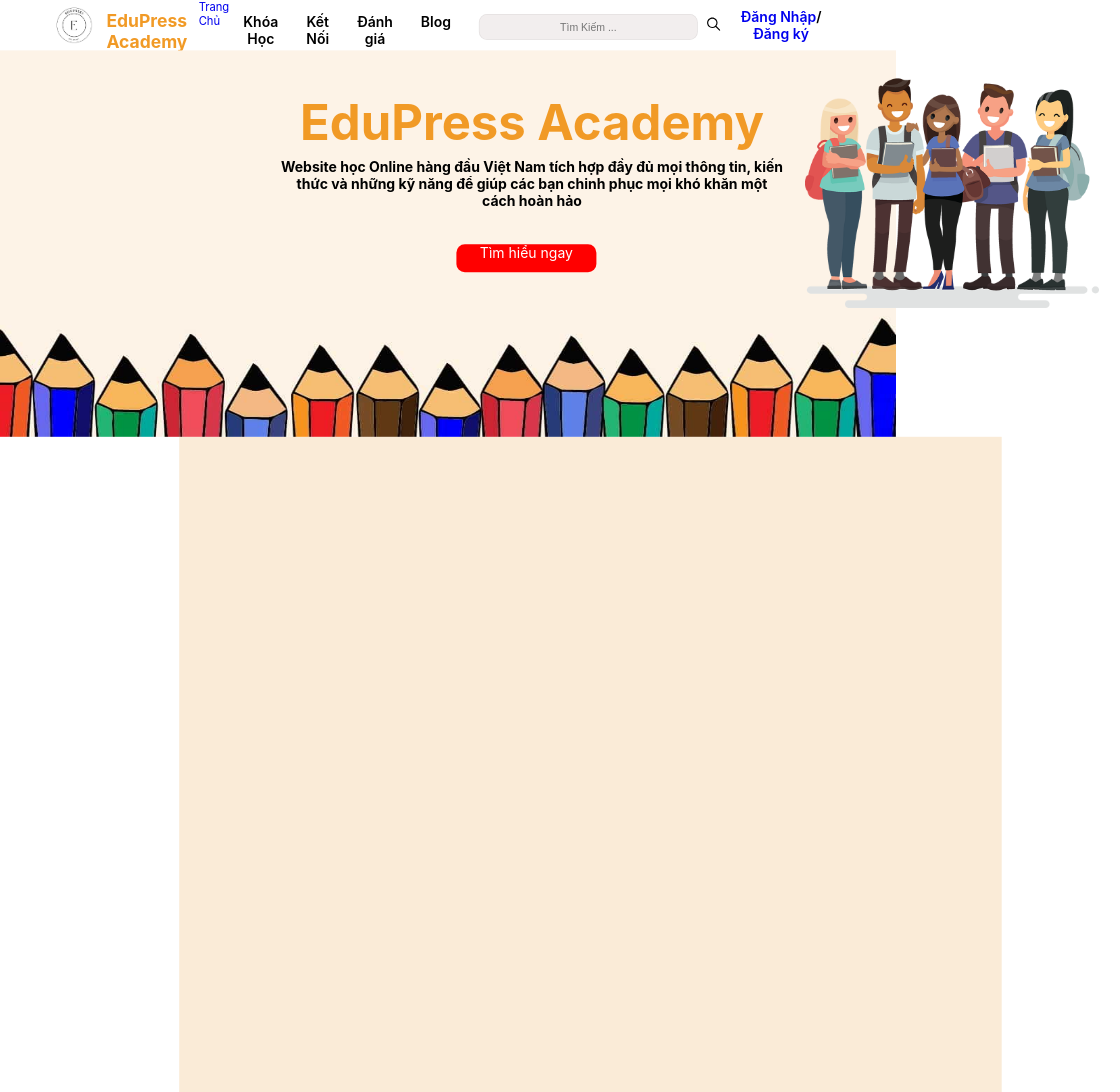
Repository: hieu1802/WebsiteEdupress
Page: /CouresPage (app in my-app/)
These files come from the project's save history. The page is drawn as it stood at one moment and after the next save; the edit follows.
The browser window is 1280 px wide. The page is 1600 px wide, so the pictures cover 1600 px, including what lies to the right of the window. The pictures show the part of the page from y = 0 to 1560 px (the page is 2404 px tall), at 70% of full size.
The project was rebuilt for these pictures with package versions that can differ from the ones it lists, and the page was loaded fresh each time. Also part of the build but not shown: my-app/src/App.css, my-app/src/Components/data/FeaturedCoursesDaa.jsx, my-app/src/Components/data/topCategories.jsx, my-app/src/Components/HomePage/ContainerPage.jsx, my-app/src/Components/HomePage/HomePage.jsx, my-app/src/Components/Login/Login.css, my-app/src/Components/Modal/Modal.css, my-app/src/Components/Modal/Modal.jsx and 5 more.

Above is the page before, as saved 2024-08-15 17:45:46.

### my-app/src/App.jsx
import logo from "./logo.svg";
import "./App.css";
import HomePage from "./Components/HomePage/HomePage.jsx";
import { BrowserRouter as Router, Routes, Route } from "react-router-dom";
import Login from "./Components/Login/Login";
import Register from "./Components/Register/Register";
import LostPass from "./Components/LostPass/LostPass";
import CouresPage from "./Components/CouresPage/CouresPage.jsx";

function App() {
  return (
    <>
      <Router>
        <Routes>
          <Route path="/" element={<HomePage />} />
          <Route path="/login" element={<Login />} />
          <Route path="/register" element={<Register />} />
          <Route path="/lostPass" element={<LostPass />} />
          <Route path="/CouresPage" element={<CouresPage />} />
        </Routes>
      </Router>
    </>
  );
}

export default App;

### my-app/src/Components/CouresPage/CouresPage.jsx
import React from 'react'
import Header from '../HomePage/Header'
import Footer from '../HomePage/Footer'
import Container from './Container'

function CouresPage() {
  return (
   <>
      <Header/>
      <Container/>
      <Footer/>
   </>


  )
}

export default CouresPage

### my-app/src/Components/HomePage/Header.jsx
import React from "react";
import img01 from "../img/EduPress.png";
import img02 from "../img/img02.jpg";
import img03 from "../img/img03.png";
import "./HomePage.css";
import { IoIosSearch } from "react-icons/io";
import { Link, useNavigate } from "react-router-dom";
import { useState, useEffect } from "react";

function Header() {
  const [loggedInUser, setLoggedInUser] = useState(null);
  const navigate = useNavigate();

  useEffect(() => {
    const storedUser = localStorage.getItem("loggedInUser");
    if (storedUser) {
      const user = JSON.parse(storedUser);
      setLoggedInUser(user.username);
    }
  }, []);

  const handleLogout = () => {
    localStorage.removeItem("username");
    localStorage.removeItem("loggedInUser");
    setLoggedInUser(null);
    navigate("/");
  };

  return (
    <>
      <div className="Header">
        <div className="logoHeader">
          <img src={img01} />
          <h3>EduPress Academy</h3>
        </div>
        <ul>
          <Link to="/" className="liLink"><li>Trang Chủ</li></Link>
          <li>Khóa Học</li>
          <li>Kết Nối</li>
          <li>Đánh giá</li>
          <li>Blog</li>
          <div className="ulInput">
            <input placeholder="Tìm Kiếm ..." />
            <div className="btnHeader">
              <IoIosSearch className="btnIcon" />
            </div>
          </div>
        </ul>
        <div className="loginHeader">
          {loggedInUser ? (
            <div>
              <span>Hello {loggedInUser}</span>
              <button
                className="btnLogOut"
                onClick={handleLogout}
                style={{
                  marginLeft: "10px",
                  border: "1px solid transparent",
                  fontSize: "16px",
                  fontWeight: "600",
                  backgroundColor: "transparent",
                  cursor: "pointer",
                }}
              >
                Logout
              </button>
            </div>
          ) : (
            <div>
              <Link to="/login">
                <span>Đăng Nhập</span>
              </Link>
              /
              <Link to="/register">
                <span>Đăng ký</span>
              </Link>
            </div>
          )}
        </div>
      </div>
      <div className="posterHeader">
        <img src={img02} />
        <div className="posterContent">
          <div className="posterSologun">
            <h1>EduPress Academy</h1>
            <h2>
              Website học Online hàng đầu Việt Nam tích hợp đầy đủ mọi thông
              tin, kiến thức và những kỹ năng để giúp các bạn chinh phục mọi khó
              khăn một cách hoàn hảo
            </h2>
            <div className="btnPoster">Tìm hiểu ngay </div>
          </div>
          <div className="posterAvatar">
            <img src={img03} />
          </div>
        </div>
      </div>
    </>
  );
}

export default Header;

### my-app/src/Components/HomePage/Footer.jsx
import React from 'react'
import { AiFillStar,AiFillCaretRight } from "react-icons/ai";

function Footer() {
  return (
    <div className='footerPage'>
        <div className='footerContaier'>
            <div className='footerEdupress'>
                <h2>Edupress Academy</h2>
                <p>Lorem ipsum dolor sit amet, consectetur adipiscing elit, sed do eiusmod tempor incididunt ut labore et dolore magna aliqua.</p>
            </div>
            <div className='footerHelp'>
                <h2>GET HELP</h2>
                <a href='#'><AiFillCaretRight  style={{color:'FF782D', marginRight:'10px'}}/>Contact Us</a>
                <a href='#'><AiFillCaretRight  style={{color:'FF782D', marginRight:'10px'}}/>Latest Articles</a>
                <a href='#'><AiFillCaretRight  style={{color:'FF782D', marginRight:'10px'}}/>FAQ </a>
            </div>
            <div className='footerPrograms'>
                <h2>PROGRAMS</h2>
                <a href='#'><AiFillCaretRight  style={{color:'FF782D', marginRight:'10px'}}/> Art & Design</a>
                <a href='#'><AiFillCaretRight  style={{color:'FF782D', marginRight:'10px'}}/> Business</a>
                <a href='#'><AiFillCaretRight  style={{color:'FF782D', marginRight:'10px'}}/> IT & Software </a>
                <a href='#'><AiFillCaretRight  style={{color:'FF782D', marginRight:'10px'}}/> Languages </a>
                <a href='#'><AiFillCaretRight  style={{color:'FF782D', marginRight:'10px'}}/> Programming </a>
            </div>
            <div className='footerContact'>
                <h2>CONTACT US</h2>
                <p>Address: 2321 New Design Str, Lorem Ipsum10 Hudson Yards, USA</p>
                <p>Tel: + (123) 2500-567-8988<br/>
                Mail: supportlms@gmail.com</p>
                <span><AiFillStar/><AiFillStar/><AiFillStar/><AiFillStar/><AiFillStar/></span>
            </div>
        </div>
    </div>
  )
}

export default Footer

### my-app/src/Components/CouresPage/Container.jsx
import React from 'react'
import './Container.css'

function Container() {
  return (
    <div className='container'>

    </div>
  )
}

export default Container

### my-app/src/Components/HomePage/HomePage.css
*{
    margin: 0;
    padding: 0;
    list-style: none;
    text-decoration: none;
    user-select: none;
}

.Header{
    width: 100%;
    height: 72px;
    display: flex;
    justify-content: space-between;

}

.logoHeader{
    width: 25%;
    height: 100%;
    display: flex;
    gap: 10px;
    margin-left: 70px;
}


h3{
    font-size: 25px;
    margin-top: 15px;
    color: rgba(241, 152, 34, 0.979);
}

.Header > ul{

    display: flex;
    width:60%;
}

.Header > ul > li{
    width: 100px;
    text-align: center;
    padding: 20px;
    font-size: 20px;
    font-weight: 600;
    cursor: pointer;
}

.Header > ul > li:hover{
    background-color: rgba(246, 243, 238, 0.633);
    color: rgba(241, 152, 34, 0.979);
}

.ulInput{
    width: 400px ;
    padding: 20px;
    display: flex;
}

.ulInput > input{
    margin-right:10px;
    text-align: center;
    font-size: 15px;
    width: 400px;
    height: 35px;
    border: 1px solid #00000010;
    background-color: rgba(240, 234, 234, 0.815);
    border-radius: 12px;
}

.btnHeader{
    width: 100px;
    margin: auto;
    cursor: pointer;
}
.btnIcon{
    font-size: 25px;
}
.loginHeader{
    display: flex;
    width: 15%;
    height: 72px;
    margin-right: 100px;
    cursor: pointer;
}

.loginHeader > div{
   margin: auto;
   font-size: 20px;
   font-weight: 600;
   text-align: center;
}

.loginHeader > div > span{
    margin: 10px;
}

.loginHeader > div > span:hover {
    color: rgba(241, 152, 34, 0.979);
}

.posterHeader{
    width: 100%;
    height: 552px;
    background-color: black;
    display: flex;
}

.posterHeader > img{
    width: 100%;
}

.posterContent{
    position: absolute;
    display: flex;
    margin-left: 400px;
    margin-top: 10px;
    width: 1200px;
    height: 400px;

    z-index: 999;
}

.posterSologun{
    width: 60%;
}

.posterSologun > h1{
    font-size: 70px;
    text-align: center;
    color: rgba(241, 152, 34, 0.979);
    margin-top: 50px;
    margin-bottom: 10px;
}

.posterSologun > h2{
    font-size: 20px;
    text-align: center;
}

.btnPoster{
    width: 200px;
    height: 40px;
    background-color: red;
    font-size: 20px;
    color: #fff;
    text-align: center;
    border-radius: 12px;
    cursor: pointer;
    gap: 10px;
    margin-top: 50px;
    margin-left: 35%;
}

.posterAvatar{
    width: 35%;
    margin-left: 30px;

}

.posterAvatar > img{
    width: 100%;
    margin-top: 30px;
}

/************************ContainerPage**************************/

.ContainerPage{
    position: relative;
    width: 1200px;
    height: 100%;

    margin-left: 20%;
}

.categories{
    width: 100%;
    height: 640px;
    background-color: #fff;
    margin-top: 50px;
}

.textCategories{
    width: 100%;
    height: 77px;
    background-color: #fff;
    display: flex;
    justify-content: space-between;
}
.topCategories>h3{
    color: black;
    font-size: 30px;
    margin-bottom: 5px;
    margin-top: 0px;
    font-weight: 500;
}


.btnCategories{
    width: 150px;
    height: 40px;
    border: 1px solid #000000;
    border-radius: 12px;
    margin-top: 15px;
    margin-right: 20px;
    cursor: pointer;
    padding-top: 5px;
}

.btnCategories:hover{
    background-color: rgba(244, 25, 25, 0.757);
    color: #fff;
}

.btnCategories > p{
    text-align: center;
    margin-top: 5px;
    font-weight: 600;
}

.boxCategories{
    width: 100%;
    height: 100%;
    display: grid;
    grid-template-columns: 1fr 1fr 1fr 1fr 1fr;
    margin-top: 30px;
}

.miniBox{
    width: 200px;
    height: 200px;
    border: 1px solid #e9c47b98;
    border-radius: 20px;
    display: flex;
    align-items: center;
    flex-direction: column;
    justify-content: center;
    margin-left: 20px;
    cursor: pointer;
}

.miniBox:hover{
    background-color: rgba(239, 193, 167, 0.726);
    color: #fff;
}

.iconBox{
    font-size: 60px;
    margin-bottom: 20px;
    color: rgba(241, 152, 34, 0.979);
}

.miniBox > h4{
    font-size: 25px;
    margin-bottom: 20px;
}

.miniBox > h5{
    font-size: 20px;
    font-weight: 100;
}

.courses{
    width: 1200px;
    height: 100%;
    margin-top: 30px;
}

.boxCourses{
    width: 1200px;
    height: 1100px;
    display: grid;
    grid-template-columns: 1fr 1fr 1fr;
    margin-top: 30px;
    margin-left: 10px;
}
.boxFeaturedCourses{
    width: 360px;
    height: 470px;
    border: 2px solid #0000001a ;
    border-radius: 24px 24px 0 0;
    cursor: pointer;
    transition: transform 0.3s ease, box-shadow 0.3s ease;
    overflow: hidden;
    box-shadow: 0 4px 8px rgba(0, 0, 0, 0.1);
}

.boxFeaturedCourses:hover{
    transform: translateY(-10px);
    box-shadow: 0 12px 24px rgba(0, 0, 0, 0.2);
}

.boxFeaturedCoursesImg{
    width: 100%;
    height: 250px;
    gap: 16px;
    transition: transform 0.3s ease;
    display: block;
}

.boxFeaturedCourses:hover>.boxFeaturedCoursesImg> img {
    transform: scale(1.05);
  }
.boxFeaturedCoursesImg > img{
    width: 100%;
    height: 100%;
    border-radius: 24px 24px 0 0;
}

.boxFeaturedCoursesContent{
    width: 360px;
    height: 180px;
    padding: 20px;
}

.boxFeaturedCoursesContentText{
    width: 300px;
    height: 100px;
    background-color: #fff;
}

.boxFeaturedCoursesContentText > p >span{
    font-family: exo;
    font-size: 20px;
    font-weight: 500;
}

.boxFeaturedCoursesContentText > h4{
    font-family: exo;
    font-size: 24px;
    font-weight: 600;
    margin-top: 10px;
}

.boxFeaturedCoursesContentMeta{
    width: 200px;
    height: 24px;
    display: flex;
    background-color: #fff;
    margin-top: 16px;
    margin-bottom: 16px;
    justify-content: space-between;
}

.boxFeaturedCoursesContentMeta > span{
    display: flex;
    font-size: 16px;
}

.boxFeaturedCoursesContentPrice{
    width: 300px;
    height: 28px;
    background-color: #fff;
    display: flex;
    justify-content: space-between;
    font-size: 16px;
}

.price{
    display: flex;
}

.price > p{
    text-decoration: line-through;
    color: var(--Grey, #9D9D9D);
    font-weight: 700;
    margin-right: 10px;
}

.price > span{
    color: green;
    font-weight: 700;
}

.banner{
    width: 1200px;
    height: 320px;
    border-radius: 12px;
    position: relative;
    display: flex;
    margin-top: 30px;
}

.bannerContent{
    width: 450px;
    height: 240px;
    gap: 24px;
    position: absolute;
    margin-top: 54px;
    margin-left: 50px;
    display: flex;
    flex-direction: column;
    justify-content: space-around;
}

.bannerContent > h5{
    font-family: Exo;
    font-size: 16px;
    font-weight: 600;
    line-height: 19.2px;
    text-align: left;
}

.bannerContent > h2{
    font-family: Exo;
    font-size: 32px;
    font-weight: 600;
    line-height: 38.4px;
    text-align: left;
}

.bannerContent > p{
    font-family: Jost;
    font-size: 18px;
    font-weight: 400;
    line-height: 27px;
    text-align: left;
}

.btnBanner{
    width: 177px;
    height: 36px;
    border-radius: 24px;
    text-align: center;
    padding-top: 12px;
    background: var(--Primary, #FF782D);
    font-size: 18px;
    color: #fff;
    cursor: pointer;
}


.counterBox{
    width: 1175px;
    height: 150px;
    margin-top: 30px;
    display: flex;
    justify-content: space-between;
}

.counterBoxContent{
    width: 250px;
    height: 100%;
    background: var(--White_grey, #F5F5F5);
    display: flex;
    flex-direction: column;
    justify-content: center;
    border-radius: 12px;
    align-items: center;
}

.counterBoxContent > h2{
    font-family: Exo;
    font-size: 56px;
    font-weight: 600;
    line-height: 38.4px;
    text-align: left;
    color: var(--Primary, #FF782D);
}

.counterBoxContent > a{
    font-family: Jost;
    font-size: 20px;
    font-weight: 500;
    line-height: 27px;
    text-align: left;
    text-decoration: none;
    color: #000000;
    margin-top: 16px;
}

.boxConnect{
    width: 1175px;
    height: 450px;
    margin-top: 30px;
    display: flex;
}

.boxConnectImg{
    width: 56%;
    height: 100%;
}

.boxConnectContent{
    width: 520px;
    height: 380px;
    border: 2px solid #0000001a ;
    margin-top: 35px ;
    border-radius: 24px;
}

.boxConnectText{
    width: 100%;
    height: 80px;
}

.boxConnectText > h2{
    font-family: Exo;
    font-size: 32px;
    font-weight: 600;
    line-height: 38.4px;
    text-align: left;
    text-align: center;
    padding-top: 20px;
}

.boxConnectContainer{
    width: 100%;
    height: 300px;
}

.introduce{
    width: 100%;
    height: 60px;
    padding-left: 15px;
}

.introduce > p{
    font-family: Jost;
    font-size: 18px;
    font-weight: 400;
    line-height: 27px;
    text-align: left;

}

.connect{
    width: 100%;
    height: 240px;
    font-size: 18px;
    display: flex;
    flex-direction: column;
    justify-content: space-around;
}

.connect > span > a{
    font-size: 18px;
    color: blue;
}
.connectIcons{
    color: green;
    font-size: 24px;
    margin-right: 15px;
    margin-left: 15px;
}

.boxFeedbacks{
    width: 1175px;
    height: 540px;
    margin-top: 30px;
}

.feedbacksHeading{
    width: 100%;
    height: 80px;
}

.feedbacksHeading > h2{
    font-family: Exo;
    font-size: 32px;
    font-weight: 600;
    line-height: 38.4px;
    text-align: center;
}

.feedbacksHeading > p{
    font-family: Jost;
    font-size: 18px;
    font-weight: 400;
    line-height: 27px;
    text-align: center;
    margin-top: 15px;
}

.feedbacksHeadingContent{
    display: flex;
    overflow-x: auto;
    padding: 20px;
    gap: 20px;
    scroll-snap-type: x mandatory;
    margin-top: 50px;
    position: relative;
    height: 400px;
    cursor: pointer;
}
.feedbacksHeadingContent::-webkit-scrollbar {
    display: none;
  }

.feedbackItems{
    min-width: 300px; /* Đặt chiều rộng tối thiểu cho mỗi feedback */
    height: 350px;
    flex-shrink: 0; /* Ngăn chặn các phần tử co lại */
    background-color: #fff;
    border-radius: 10px;
    box-shadow: 0 4px 8px rgba(0, 0, 0, 0.1);
    scroll-snap-align: start; /* Các phần tử sẽ bắt đầu từ đầu khi cuộn */
    padding: 20px;

}

.feedbacksContents{
    position: absolute;
    width: 240px;
    height: 230px;
    margin: auto;
    margin-top: 50px;
    margin-left: 30px;
    box-shadow: 0 4px 8px rgba(0, 0, 0, 0.1);
}

.feedbacksIdName{
    width: 100px;
    height: 60px;
    position: absolute;
    margin-top: 290px;
    margin-left: 30px;
}

.feedbacksIdName > h4{
    font-family: Exo;
    font-size: 20px;
    font-weight: 600;
    line-height: 24px;
    text-align: left;

}

.articles{
    width: 1175px;
    height: 500px;
    margin-top: 30px;
}

.articlesHeading{
    width: 100%;
    height: 80px;
    display: flex;
    justify-content: space-between;
}

.articlesTitle{
    width: 780px;
    height: auto;
}

.articlesTitle > h2{
    font-family: Exo;
    font-size: 32px;
    font-weight: 600;
    line-height: 38.4px;
    text-align: left;
}

.articlesTitle > p{
    font-family: Jost;
    font-size: 18px;
    font-weight: 400;
    line-height: 27px;
    text-align: left;
    margin-top: 10px;
}

.articlesContainer{
    width: 100%;
    height: 420px;
    display: flex;
    justify-content: space-between;
}

.articlesBox{
    width: 350px;
    height: 380px;
    margin-top: 30px;
    border-radius: 12px 12px 0 0;
    border: 1px solid #0000001b;
}

.articlesBox > img{
    width: 100%;
    height: 200px;
    border-radius: 12px 12px 0 0;
}

.articlesContent{
    width: 360px;
    height: 160px;
    padding: 20px;
    display: flex;
    flex-direction: column;
    justify-content: space-between;
}

.articlesContent >h4{
    font-family: Exo;
    font-size: 20px;
    font-weight: 600;
    line-height: 24px;
    text-align: left;
}

.articlesContent > span{
    font-family: Jost;
    font-size: 16px;
    font-weight: 400;
    line-height: 24px;
    text-align: left;
}

.articlesContent > p{
    font-family: Jost;
    font-size: 18px;
    font-weight: 400;
    line-height: 27px;
    text-align: left;
}

/****************************FOOTER***************/
.footerPage{
    width: 100%;
    height: 450px;
    background-color: #F5F5F5;
    position: relative;
    display: flex;
    margin-top: 30px;
}

.footerContaier{
    width: 1175px;
    height: 300px;
    margin-left: 20%;
    margin-top: 90px;
    display: flex;
    justify-content: space-between;
}

.footerEdupress{
    width: 400px;
    height: 130px;
}

.footerEdupress > h2{
    font-family: Exo;
    font-size: 28px;
    font-weight: 700;
    line-height: 33.6px;
    text-align: left;
}

.footerEdupress > p{
    font-family: Jost;
    font-size: 18px;
    font-weight: 400;
    line-height: 27px;
    text-align: left;
    margin-top: 10px;
}

.footerHelp{
    width: 190px;
    height: 190px;
    display: flex;
    flex-direction: column;
    justify-content: space-between;
}

.footerHelp > h2,
.footerPrograms > h2,
.footerContact > h2{
    font-family: Exo;
    font-size: 20px;
    font-weight: 600;
    line-height: 24px;
    text-align: left;
}

.footerHelp > a,
.footerPrograms > a,
.footerContact > p{
    font-family: Jost;
    font-size: 18px;
    font-weight: 500;
    line-height: 45px;
    text-align: left;
    color: #000;
}

.footerHelp > a:hover,
.footerPrograms > a:hover{
    color: var(--Primary, #FF782D);
}


.footerPrograms{
    width: 190px;
    height: 250px;
    display: flex;
    flex-direction: column;
    justify-content: space-between;
}

.footerContact{
    width: 400px;
    height: 200px;
    display: flex;
    flex-direction: column;
    justify-content: space-between
}

.btnLink > p{
    text-align: center;
    margin-top: 5px;
    color: #000;
    font-weight: 700;
}

### my-app/src/Components/CouresPage/Container.css
*{
    margin: 0;
    padding: 0;
}

.container{
    width: 1175px;
    height: 1300px;
    background-color: antiquewhite;
    margin-left: 20%;
}

Loaded but not shown: my-app/public/index.html (common file); my-app/src/index.js (common file); my-app/src/index.css (common file); my-app/src/reportWebVitals.js (common file)

After the next save:
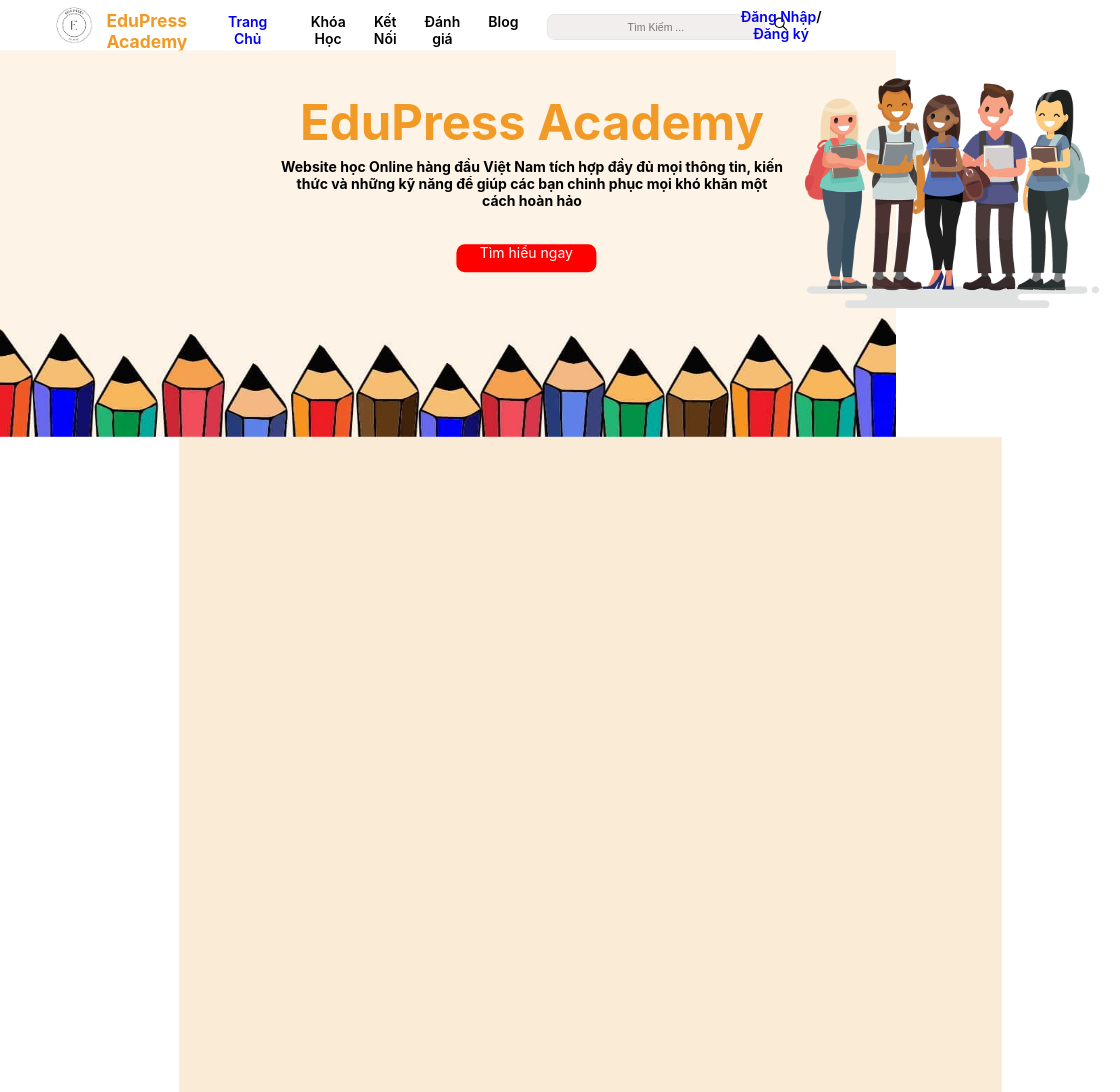
Saved 24 s later.
--- a/my-app/src/Components/HomePage/HomePage.css
+++ b/my-app/src/Components/HomePage/HomePage.css
@@ -35,7 +35,8 @@
     width:60%;
 }
 
-.Header > ul > li{
+.Header > ul > li,
+.liLink > li{
     width: 100px;
     text-align: center;
     padding: 20px;
